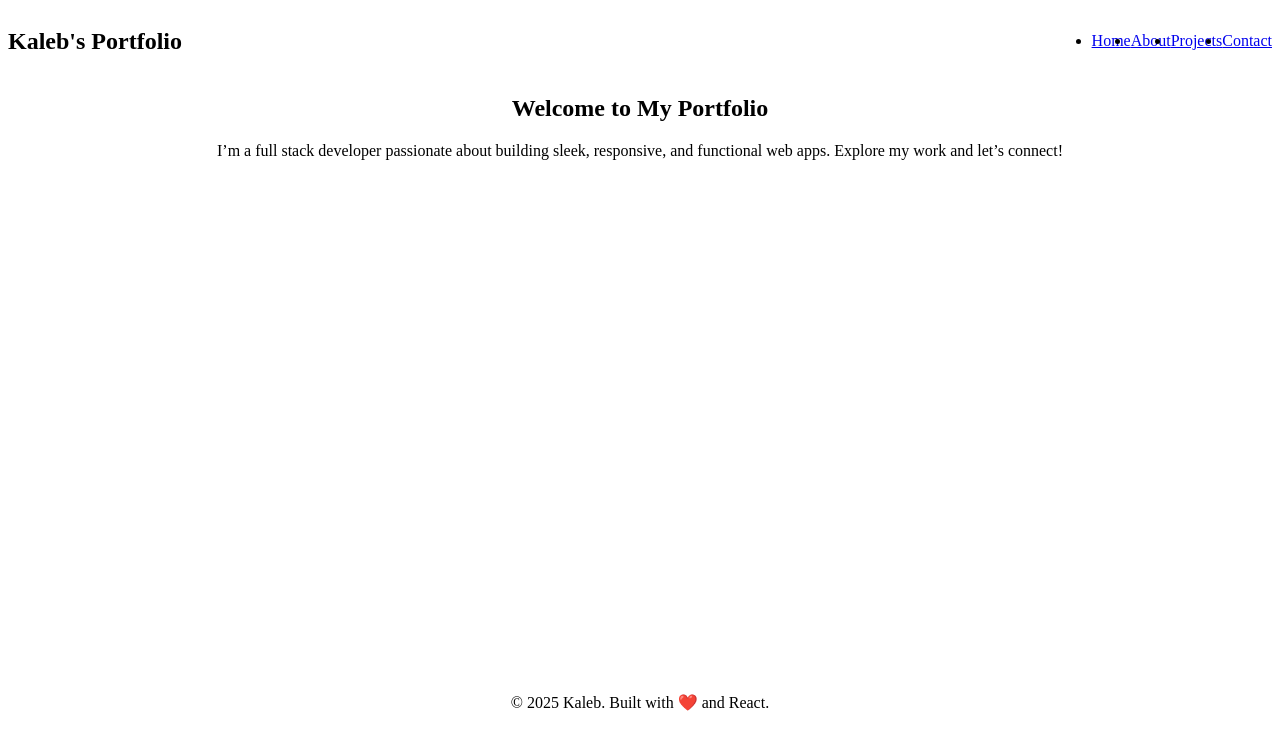
Repository: KalebMalone/portfolio-site
Page: /
These files come from the project's save history. The page is drawn as it stood at one moment and after the next save; the edit follows.
The browser window is 1280 px wide. The pictures show the whole page.
The project was rebuilt for these pictures with package versions that can differ from the ones it lists, and the page was loaded fresh each time. Also part of the build but not shown: vite.config.js, src/pages/About.jsx, src/pages/Projects.jsx, src/pages/Contact.jsx.

Above is the page before, as saved 2025-04-23 16:49:42.

### src/main.jsx
import React from 'react';
import ReactDOM from 'react-dom/client';
import App from './App';
import './index.css'; // Tailwind styles

ReactDOM.createRoot(document.getElementById('root')).render(
  <React.StrictMode>
    <App />
  </React.StrictMode>
);

### src/App.jsx
import { BrowserRouter as Router, Routes, Route } from 'react-router-dom';
import Header from './components/Header';
import Footer from './components/Footer';

import Home from './pages/Home';
import About from './pages/About';
import Projects from './pages/Projects';
import Contact from './pages/Contact';

function App() {
  return (
    <Router>
      <div className="flex flex-col min-h-screen">
        <Header />

        <main className="flex-grow">
          <Routes>
            <Route path="/" element={<Home />} />
            <Route path="/about" element={<About />} />
            <Route path="/projects" element={<Projects />} />
            <Route path="/contact" element={<Contact />} />
          </Routes>
        </main>

        <Footer />
      </div>
    </Router>
  );
}

export default App;

### src/components/Header.jsx
import { Link } from 'react-router-dom';

const Header = () => {
    return (
        <header className="bg-gray-900 text-white px-6 py-4 shadow-lg">
            <nav className="flex justify-between items-center max-w-6xl mx-auto">
                <h1 className="text-2xl font-bold tracking-tight">Kaleb's Portfolio</h1>
                <ul className="flex gap-6 text-lg">
                    {['Home', 'About', 'Projects', 'Contact'].map((page) => (
                        <li key={page}>
                            <Link
                                to={`/${page.toLowerCase() === 'home' ? '' : page.toLowerCase()}`}
                                className="hover:text-blue-400 transition-colors duration-200"
                            >
                                {page}
                            </Link>
                        </li>
                    ))}
                </ul>
            </nav>
        </header>
    );
};

export default Header;

### src/components/Footer.jsx
const Footer = () => {
    return (
        <footer className="bg-gray-800 text-white text-center py-4 mt-10">
            <p>© {new Date().getFullYear()} Kaleb. Built with ❤️ and React.</p>
        </footer>
    );
};

export default Footer;

### src/pages/Home.jsx
const Home = () => {
    return (
        <section className="p-6 text-center">
            <h2 className="text-4xl font-bold mb-4">Welcome to My Portfolio</h2>
            <p className="text-lg text-gray-700 max-w-xl mx-auto">
                I’m a full stack developer passionate about building sleek, responsive, and functional web apps. Explore my work and let’s connect!
            </p>
        </section>
    );
};

export default Home;

Loaded but not shown: index.html (common file); src/index.css (common file)

After the next save:
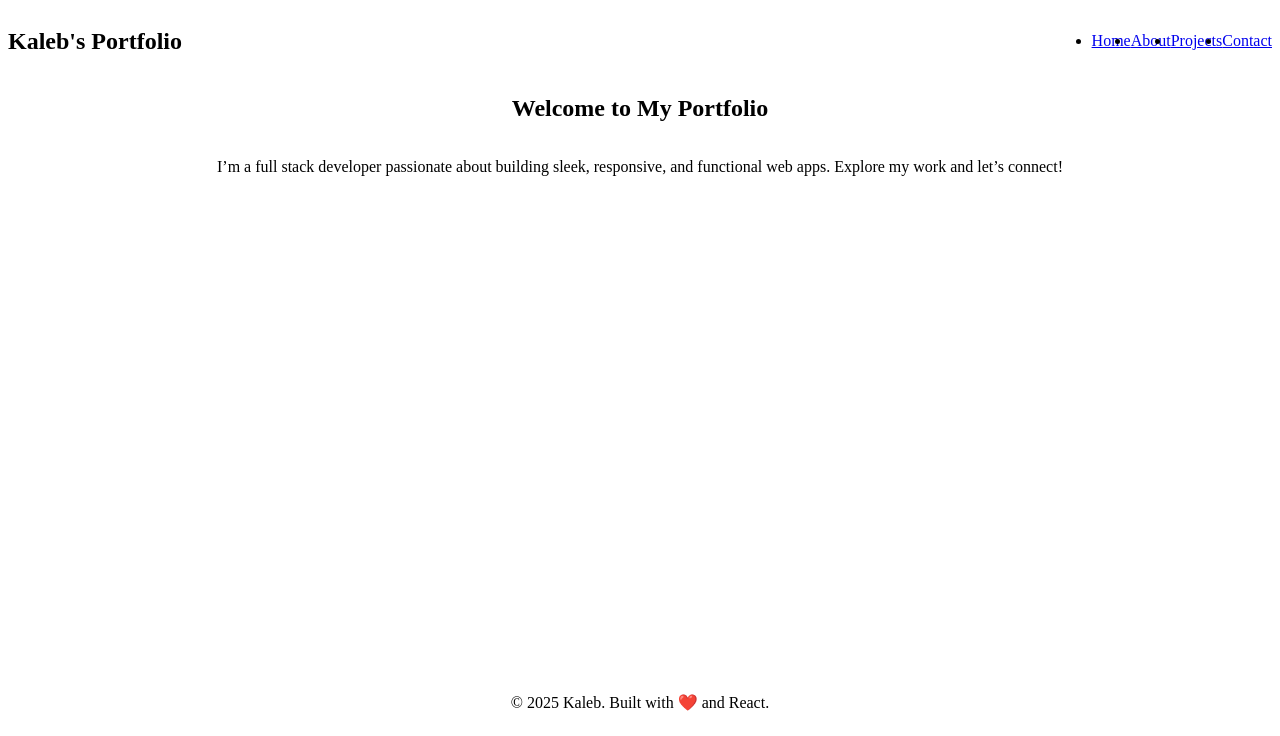
Saved 72 s later.
--- a/src/pages/Home.jsx
+++ b/src/pages/Home.jsx
@@ -1,12 +1,14 @@
 const Home = () => {
     return (
-        <section className="p-6 text-center">
-            <h2 className="text-4xl font-bold mb-4">Welcome to My Portfolio</h2>
-            <p className="text-lg text-gray-700 max-w-xl mx-auto">
-                I’m a full stack developer passionate about building sleek, responsive, and functional web apps. Explore my work and let’s connect!
-            </p>
-        </section>
+      <section className="flex flex-col items-center justify-center text-center px-4 py-20 bg-gradient-to-br from-blue-50 to-white">
+        <h2 className="text-4xl font-extrabold mb-4 text-gray-800">
+          Welcome to <span className="text-blue-600">My Portfolio</span>
+        </h2>
+        <p className="text-lg text-gray-600 max-w-xl">
+          I’m a full stack developer passionate about building sleek, responsive, and functional web apps. Explore my work and let’s connect!
+        </p>
+      </section>
     );
-};
+  };
 
-export default Home;
+  export default Home;
